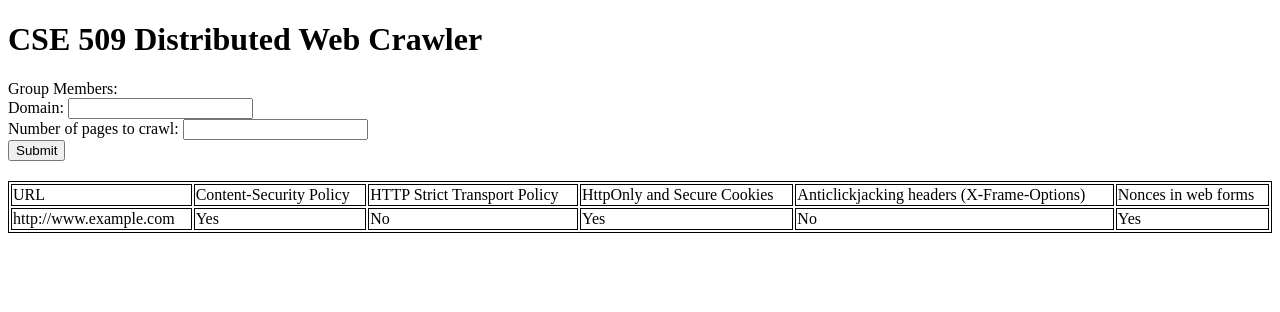
Repository: mfleish3/Crawler
Page: cse509/Crawling/WebContent/index.html
The author's editor kept a copy of each file at every save. The page is drawn from the files as they stood at one save, then again after the next save.
The browser window is 1280 px wide. The pictures show the whole page.

Above is the page before, as saved 2015-11-06 04:58:08.

### cse509/Crawling/WebContent/index.html
<!DOCTYPE html>
<html>
	<head>
	  <title>Crawler Index Page</title>
	  <link rel="stylesheet" type="text/css" href="style/index.css">
	</head>
	<body>
	  <h1>CSE 509 Distributed Web Crawler</h1>
	  <div>
	  	<div id="groupInfo">
	  		<a>Group Members:</a>
	  		<a></a>
	  		<a></a>
	  		<a></a>
	  		<a></a>
	  		<a></a>
	  	</div>

	  	<div id="initializeInfo">
	  		<form name="initializeForm" method="post" action="initialize">
			  Domain: <input type="text" name="domainName"><br>
			  Number of pages to crawl: <input type="text" name="numberPages"><br>
			  <input type="submit" value="Submit">
			</form>
	  	</div>


		  <div id="divTableMain">
		  	<table id="tableMain">
			  <tr>
			    <td>URL</td>
			    <td>Content-Security Policy</td>
			    <td>HTTP Strict Transport Policy</td>
			    <td>HttpOnly and Secure Cookies</td>
			    <td>Anticlickjacking headers (X-Frame-Options)</td>
			    <td>Nonces in web forms</td>
			  </tr>
			  <tr>
			    <td>http://www.example.com</td>
			    <td>Yes</td>
			    <td>No</td>
			    <td>Yes</td>
			    <td>No</td>
			    <td>Yes</td>
			  </tr>
			</table>
		  </div>
	  </div>
	</body>
</html>

### cse509/Crawling/WebContent/style/index.css
#divTableMain {
	padding-top: 20px;
}

#tableMain {
	width: 100%;
	border: 1px solid black;
}

td {
	border: 1px solid black;
}

#divGroup {
	padding-top: 20px;
}

#divInitialize {
	padding-top: 20px;
}

After the next save:
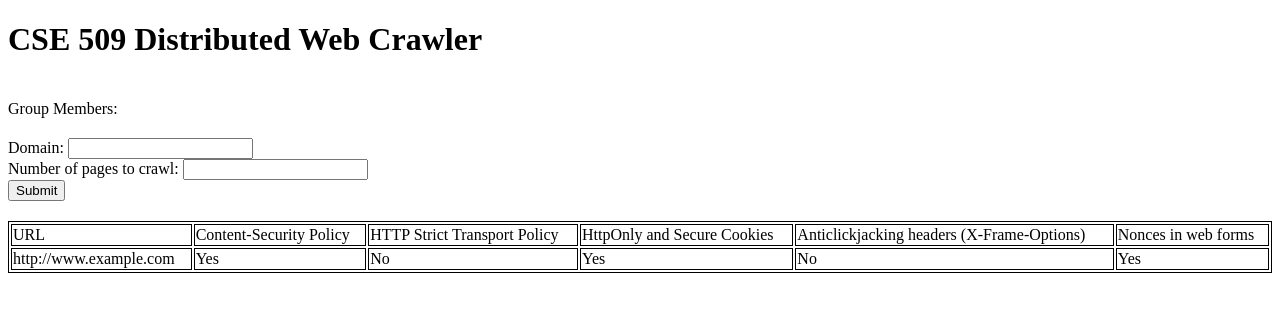
Saved 4 s later.
--- a/cse509/Crawling/WebContent/index.html
+++ b/cse509/Crawling/WebContent/index.html
@@ -7,7 +7,7 @@
 	<body>
 	  <h1>CSE 509 Distributed Web Crawler</h1>
 	  <div>
-	  	<div id="groupInfo">
+	  	<div id="divGroup">
 	  		<a>Group Members:</a>
 	  		<a></a>
 	  		<a></a>
@@ -16,7 +16,7 @@
 	  		<a></a>
 	  	</div>
 
-	  	<div id="initializeInfo">
+	  	<div id="divInitialize">
 	  		<form name="initializeForm" method="post" action="initialize">
 			  Domain: <input type="text" name="domainName"><br>
 			  Number of pages to crawl: <input type="text" name="numberPages"><br>
